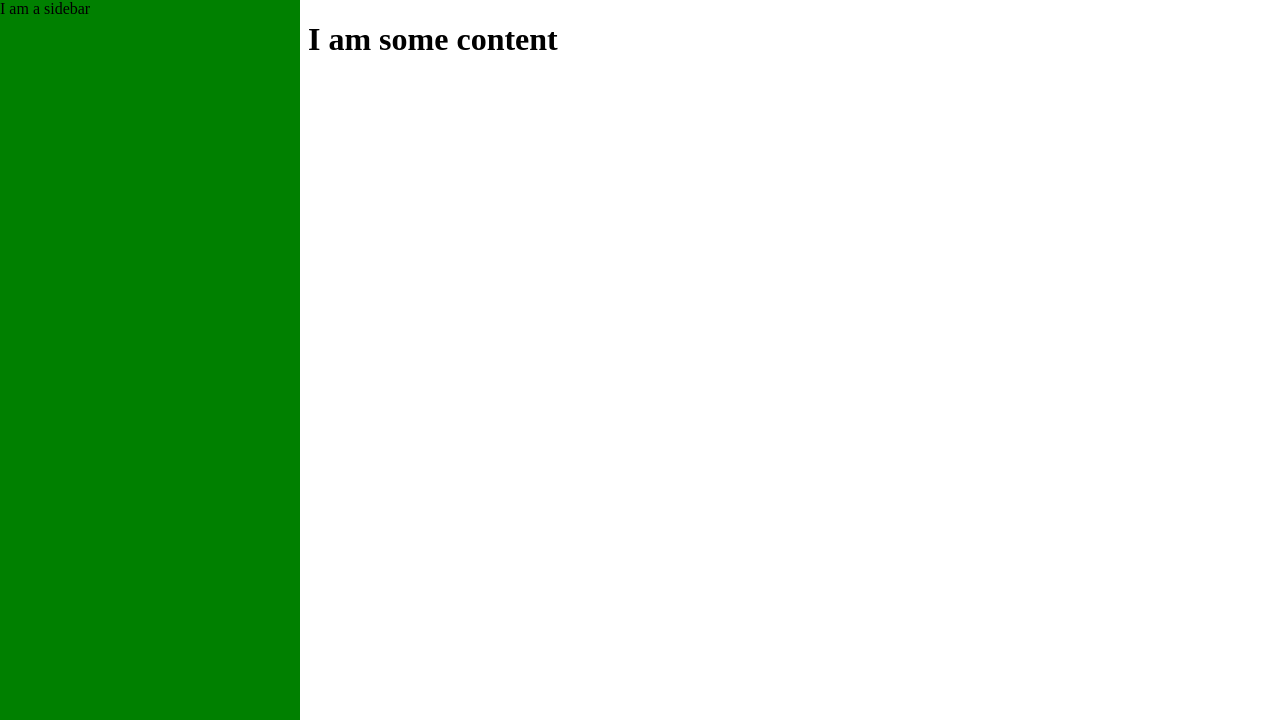
Repository: taivuong95/react-stephen-grider
Page: streams/client/public/modal.html
An editor plug-in stored every save of this project. The page is shown before and after the next save, followed by the edit.
The browser window is 1280 px wide. The pictures show the whole page.

Above is the page before, as saved 2021-01-09 10:29:44.

After the next save:
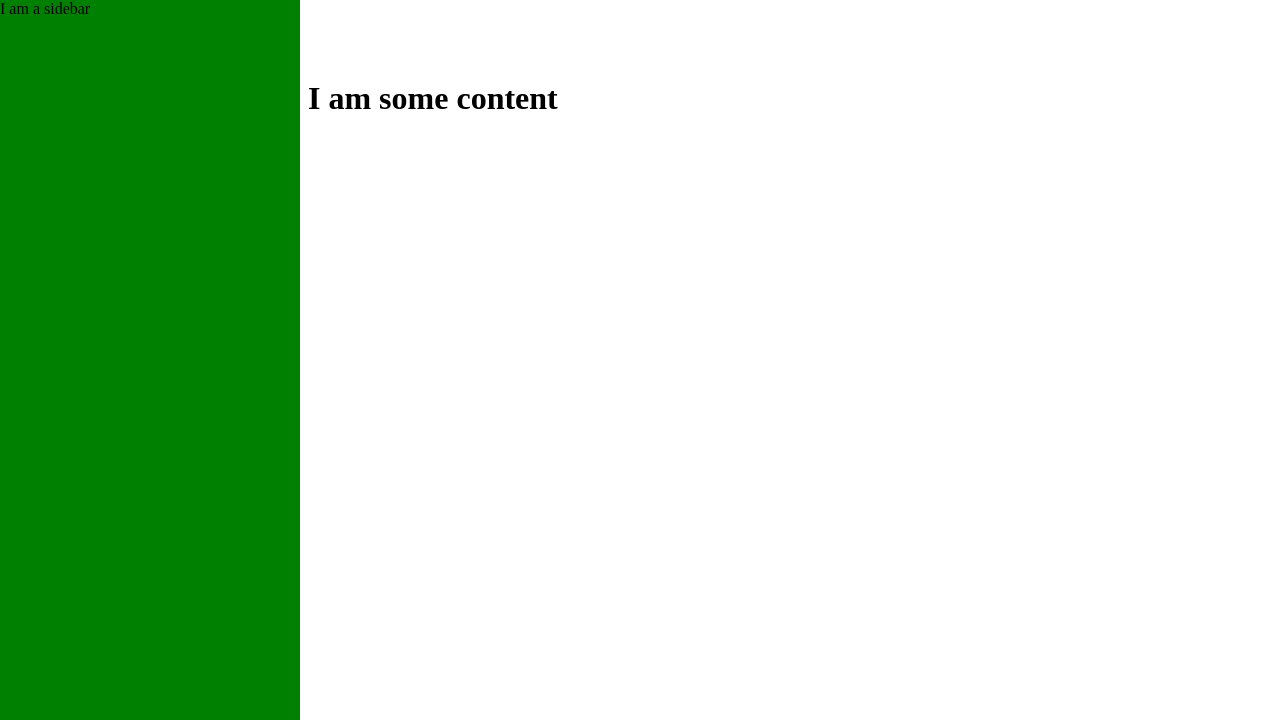
Saved 71 s later.
--- a/streams/client/public/modal.html
+++ b/streams/client/public/modal.html
@@ -17,6 +17,11 @@
     </style>
 </head>
 <body>
+    <div class="modal">
+        <div class="modal-body">
+            <h1>I am a modal</h1>
+        </div>
+    </div>
     <div class="sidebar">I am a sidebar</div>
     <div class="content">
         <h1>I am some content</h1>
